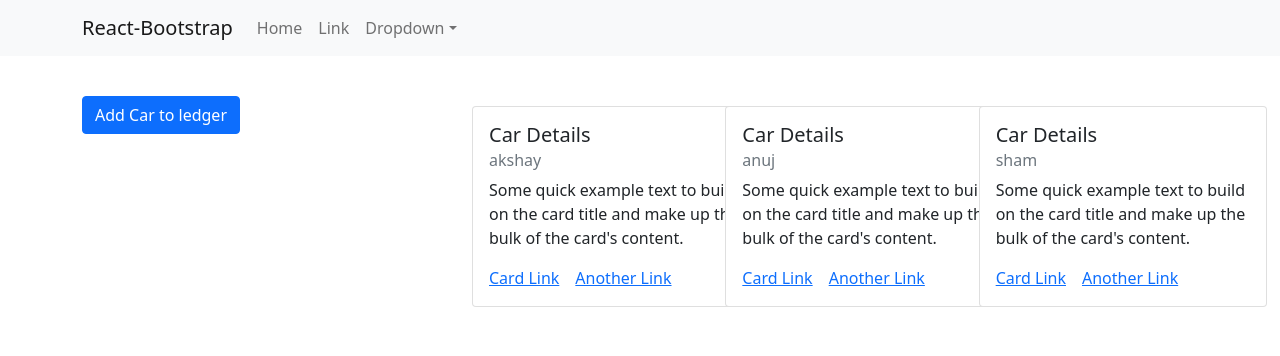
Repository: akshaykurhekar/hyperledger-asset-monetization-dapp
Page: / (app in fabcarWeb/new-ui/)
These files come from the project's save history. The page is drawn as it stood at one moment and after the next save; the edit follows.
The browser window is 1280 px wide. The pictures show the whole page.
The project was rebuilt for these pictures with package versions that can differ from the ones it lists, and the page was loaded fresh each time.

Above is the page before, as saved 2022-03-30 18:00:11.

After the next save:
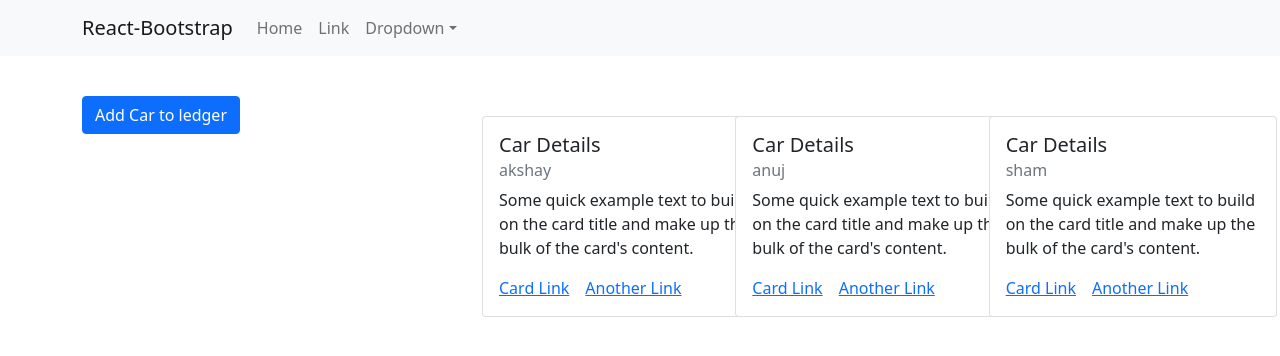
Saved 14 s later.
--- a/fabcarWeb/new-ui/src/components/card.js
+++ b/fabcarWeb/new-ui/src/components/card.js
@@ -3,7 +3,7 @@
 
 const Cards = (props)=>{
     return (
-        <Card style={{ width: '18rem',margin:'10px' }}>
+        <Card style={{ width: '18rem',margin:'20px' }}>
             <Card.Body>
                 <Card.Title>Car Details</Card.Title>
                 <Card.Subtitle className="mb-2 text-muted">{props.name}</Card.Subtitle>
